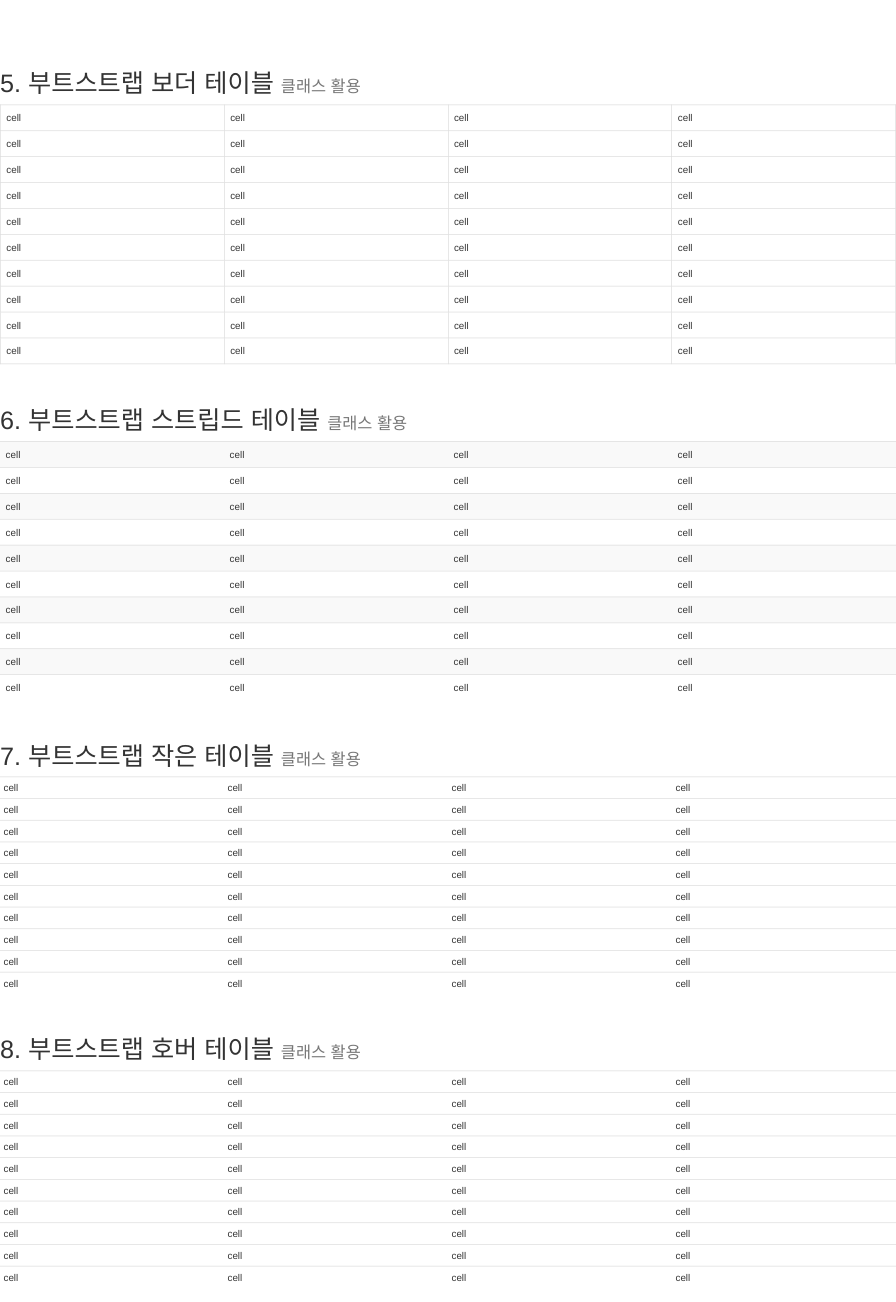
Repository: Umkimisstrong/UM_Webbb
Page: BootstrapApp/WebContent/BootEx02.html
The author's editor kept a copy of each file at every save. The page is drawn from the files as they stood at one save, then again after the next save.
The browser window is 1280 px wide. The pictures show the part of the page from y = 1715 to 3635 px (the page is 3575 px tall before and 3635 px after), at 70% of full size.

Above is the page before, as saved 2022-05-16 02:26:37.

### BootstrapApp/WebContent/BootEx02.html
<!DOCTYPE html>
<html>
<head>
<meta charset="UTF-8">
<title>BootEx02.html</title>

<link rel="stylesheet" type="text/css" href="css/bootstrap.css">
<script type="text/javascript" src="http://code.jquery.com/jquery.min.js"></script>
<script type="text/javascript" src="js/bootstrap.min.js"></script>

<style type="text/css">
	/* 테이블 기본 서식 */
	#table
	{
		width: 500px;
		border: 1px solid black;
		border-collapse: collapse;
	}
	#table td
	{
		border: 1px solid black;
	}




</style>
</head>

<body>



<h1>1. 기본 테이블 <small>기본</small></h1>
<table>
	<tr>
		<td>cell</td>
		<td>cell</td>
		<td>cell</td>
		<td>cell</td>
	</tr>
	<tr>
		<td>cell</td>
		<td>cell</td>
		<td>cell</td>
		<td>cell</td>
	</tr>
	<tr>
		<td>cell</td>
		<td>cell</td>
		<td>cell</td>
		<td>cell</td>
	</tr>
	<tr>
		<td>cell</td>
		<td>cell</td>
		<td>cell</td>
		<td>cell</td>
	</tr>
	<tr>
		<td>cell</td>
		<td>cell</td>
		<td>cell</td>
		<td>cell</td>
	</tr>
	<tr>
		<td>cell</td>
		<td>cell</td>
		<td>cell</td>
		<td>cell</td>
	</tr>
	<tr>
		<td>cell</td>
		<td>cell</td>
		<td>cell</td>
		<td>cell</td>
	</tr>
	<tr>
		<td>cell</td>
		<td>cell</td>
		<td>cell</td>
		<td>cell</td>
	</tr>
	<tr>
		<td>cell</td>
		<td>cell</td>
		<td>cell</td>
		<td>cell</td>
	</tr>
	<tr>
		<td>cell</td>
		<td>cell</td>
		<td>cell</td>
		<td>cell</td>
	</tr>
</table>

<br /><br />

<h1>2. 기본 테이블 <small>스타일 적용</small></h1>

<table id="table">
	<tr>
		<td>cell</td>
		<td>cell</td>
		<td>cell</td>
		<td>cell</td>
	</tr>
	<tr>
		<td>cell</td>
		<td>cell</td>
		<td>cell</td>
		<td>cell</td>
	</tr>
	<tr>
		<td>cell</td>
		<td>cell</td>
		<td>cell</td>
		<td>cell</td>
	</tr>
	<tr>
		<td>cell</td>
		<td>cell</td>
		<td>cell</td>
		<td>cell</td>
	</tr>
	<tr>
		<td>cell</td>
		<td>cell</td>
		<td>cell</td>
		<td>cell</td>
	</tr>
	<tr>
		<td>cell</td>
		<td>cell</td>
		<td>cell</td>
		<td>cell</td>
	</tr>
	<tr>
		<td>cell</td>
		<td>cell</td>
		<td>cell</td>
		<td>cell</td>
	</tr>
	<tr>
		<td>cell</td>
		<td>cell</td>
		<td>cell</td>
		<td>cell</td>
	</tr>
	<tr>
		<td>cell</td>
		<td>cell</td>
		<td>cell</td>
		<td>cell</td>
	</tr>
	<tr>
		<td>cell</td>
		<td>cell</td>
		<td>cell</td>
		<td>cell</td>
	</tr>
</table>

<br />
<br />
<br />

<h1>3. 부트스트랩 기본 테이블 <small>클래스 적용</small></h1>
<h2> - 부트스트랩은 기본적으로 클래스 선택자를 사용</h2>



<table class="table">
	<tr>
		<td>cell</td>
		<td>cell</td>
		<td>cell</td>
		<td>cell</td>
	</tr>
	<tr>
		<td>cell</td>
		<td>cell</td>
		<td>cell</td>
		<td>cell</td>
	</tr>
	<tr>
		<td>cell</td>
		<td>cell</td>
		<td>cell</td>
		<td>cell</td>
	</tr>
	<tr>
		<td>cell</td>
		<td>cell</td>
		<td>cell</td>
		<td>cell</td>
	</tr>
	<tr>
		<td>cell</td>
		<td>cell</td>
		<td>cell</td>
		<td>cell</td>
	</tr>
	<tr>
		<td>cell</td>
		<td>cell</td>
		<td>cell</td>
		<td>cell</td>
	</tr>
	<tr>
		<td>cell</td>
		<td>cell</td>
		<td>cell</td>
		<td>cell</td>
	</tr>
	<tr>
		<td>cell</td>
		<td>cell</td>
		<td>cell</td>
		<td>cell</td>
	</tr>
	<tr>
		<td>cell</td>
		<td>cell</td>
		<td>cell</td>
		<td>cell</td>
	</tr>
	<tr>
		<td>cell</td>
		<td>cell</td>
		<td>cell</td>
		<td>cell</td>
	</tr>
</table>







<br />
<br />
<br />

<h1>4. 부트스트랩 기본 테이블 <small>클래스 적용 및 크기 설정</small></h1>
<h2> - 부트스트랩은 기본적으로 클래스 선택자를 사용</h2>



<table class="table" style="width: 500px;">
	<tr>
		<td>cell</td>
		<td>cell</td>
		<td>cell</td>
		<td>cell</td>
	</tr>
	<tr>
		<td>cell</td>
		<td>cell</td>
		<td>cell</td>
		<td>cell</td>
	</tr>
	<tr>
		<td>cell</td>
		<td>cell</td>
		<td>cell</td>
		<td>cell</td>
	</tr>
	<tr>
		<td>cell</td>
		<td>cell</td>
		<td>cell</td>
		<td>cell</td>
	</tr>
	<tr>
		<td>cell</td>
		<td>cell</td>
		<td>cell</td>
		<td>cell</td>
	</tr>
	<tr>
		<td>cell</td>
		<td>cell</td>
		<td>cell</td>
		<td>cell</td>
	</tr>
	<tr>
		<td>cell</td>
		<td>cell</td>
		<td>cell</td>
		<td>cell</td>
	</tr>
	<tr>
		<td>cell</td>
		<td>cell</td>
		<td>cell</td>
		<td>cell</td>
	</tr>
	<tr>
		<td>cell</td>
		<td>cell</td>
		<td>cell</td>
		<td>cell</td>
	</tr>
	<tr>
		<td>cell</td>
		<td>cell</td>
		<td>cell</td>
		<td>cell</td>
	</tr>
</table>



<br />
<br />
<br />

<h1>5. 부트스트랩 보더 테이블 <small>클래스 활용</small></h1>
<table class="table table-bordered">
	<tr>
		<td>cell</td>
		<td>cell</td>
		<td>cell</td>
		<td>cell</td>
	</tr>
	<tr>
		<td>cell</td>
		<td>cell</td>
		<td>cell</td>
		<td>cell</td>
	</tr>
	<tr>
		<td>cell</td>
		<td>cell</td>
		<td>cell</td>
		<td>cell</td>
	</tr>
	<tr>
		<td>cell</td>
		<td>cell</td>
		<td>cell</td>
		<td>cell</td>
	</tr>
	<tr>
		<td>cell</td>
		<td>cell</td>
		<td>cell</td>
		<td>cell</td>
	</tr>
	<tr>
		<td>cell</td>
		<td>cell</td>
		<td>cell</td>
		<td>cell</td>
	</tr>
	<tr>
		<td>cell</td>
		<td>cell</td>
		<td>cell</td>
		<td>cell</td>
	</tr>
	<tr>
		<td>cell</td>
		<td>cell</td>
		<td>cell</td>
		<td>cell</td>
	</tr>
	<tr>
		<td>cell</td>
		<td>cell</td>
		<td>cell</td>
		<td>cell</td>
	</tr>
	<tr>
		<td>cell</td>
		<td>cell</td>
		<td>cell</td>
		<td>cell</td>
	</tr>
</table>

<br />

<h1>6. 부트스트랩 스트립드 테이블 <small>클래스 활용</small></h1>
<table class="table table-striped">
	<tr>
		<td>cell</td>
		<td>cell</td>
		<td>cell</td>
		<td>cell</td>
	</tr>
	<tr>
		<td>cell</td>
		<td>cell</td>
		<td>cell</td>
		<td>cell</td>
	</tr>
	<tr>
		<td>cell</td>
		<td>cell</td>
		<td>cell</td>
		<td>cell</td>
	</tr>
	<tr>
		<td>cell</td>
		<td>cell</td>
		<td>cell</td>
		<td>cell</td>
	</tr>
	<tr>
		<td>cell</td>
		<td>cell</td>
		<td>cell</td>
		<td>cell</td>
	</tr>
	<tr>
		<td>cell</td>
		<td>cell</td>
		<td>cell</td>
		<td>cell</td>
	</tr>
	<tr>
		<td>cell</td>
		<td>cell</td>
		<td>cell</td>
		<td>cell</td>
	</tr>
	<tr>
		<td>cell</td>
		<td>cell</td>
		<td>cell</td>
		<td>cell</td>
	</tr>
	<tr>
		<td>cell</td>
		<td>cell</td>
		<td>cell</td>
		<td>cell</td>
	</tr>
	<tr>
		<td>cell</td>
		<td>cell</td>
		<td>cell</td>
		<td>cell</td>
	</tr>
</table>



<br />

<h1>7. 부트스트랩 작은 테이블 <small>클래스 활용</small></h1>
<table class="table table-condensed">
	<tr>
		<td>cell</td>
		<td>cell</td>
		<td>cell</td>
		<td>cell</td>
	</tr>
	<tr>
		<td>cell</td>
		<td>cell</td>
		<td>cell</td>
		<td>cell</td>
	</tr>
	<tr>
		<td>cell</td>
		<td>cell</td>
		<td>cell</td>
		<td>cell</td>
	</tr>
	<tr>
		<td>cell</td>
		<td>cell</td>
		<td>cell</td>
		<td>cell</td>
	</tr>
	<tr>
		<td>cell</td>
		<td>cell</td>
		<td>cell</td>
		<td>cell</td>
	</tr>
	<tr>
		<td>cell</td>
		<td>cell</td>
		<td>cell</td>
		<td>cell</td>
	</tr>
	<tr>
		<td>cell</td>
		<td>cell</td>
		<td>cell</td>
		<td>cell</td>
	</tr>
	<tr>
		<td>cell</td>
		<td>cell</td>
		<td>cell</td>
		<td>cell</td>
	</tr>
	<tr>
		<td>cell</td>
		<td>cell</td>
		<td>cell</td>
		<td>cell</td>
	</tr>
	<tr>
		<td>cell</td>
		<td>cell</td>
		<td>cell</td>
		<td>cell</td>
	</tr>
</table>





<br />

<h1>8. 부트스트랩 호버 테이블 <small>클래스 활용</small></h1>
<table class="table table-condensed">
	<tr>
		<td>cell</td>
		<td>cell</td>
		<td>cell</td>
		<td>cell</td>
	</tr>
	<tr>
		<td>cell</td>
		<td>cell</td>
		<td>cell</td>
		<td>cell</td>
	</tr>
	<tr>
		<td>cell</td>
		<td>cell</td>
		<td>cell</td>
		<td>cell</td>
	</tr>
	<tr>
		<td>cell</td>
		<td>cell</td>
		<td>cell</td>
		<td>cell</td>
	</tr>
	<tr>
		<td>cell</td>
		<td>cell</td>
		<td>cell</td>
		<td>cell</td>
	</tr>
	<tr>
		<td>cell</td>
		<td>cell</td>
		<td>cell</td>
		<td>cell</td>
	</tr>
	<tr>
		<td>cell</td>
		<td>cell</td>
		<td>cell</td>
		<td>cell</td>
	</tr>
	<tr>
		<td>cell</td>
		<td>cell</td>
		<td>cell</td>
		<td>cell</td>
	</tr>
	<tr>
		<td>cell</td>
		<td>cell</td>
		<td>cell</td>
		<td>cell</td>
	</tr>
	<tr>
		<td>cell</td>
		<td>cell</td>
		<td>cell</td>
		<td>cell</td>
	</tr>
</table>






















</body>
</html>

Loaded but not shown: BootstrapApp/WebContent/css/bootstrap.css (library); BootstrapApp/WebContent/js/bootstrap.min.js (library)

After the next save:
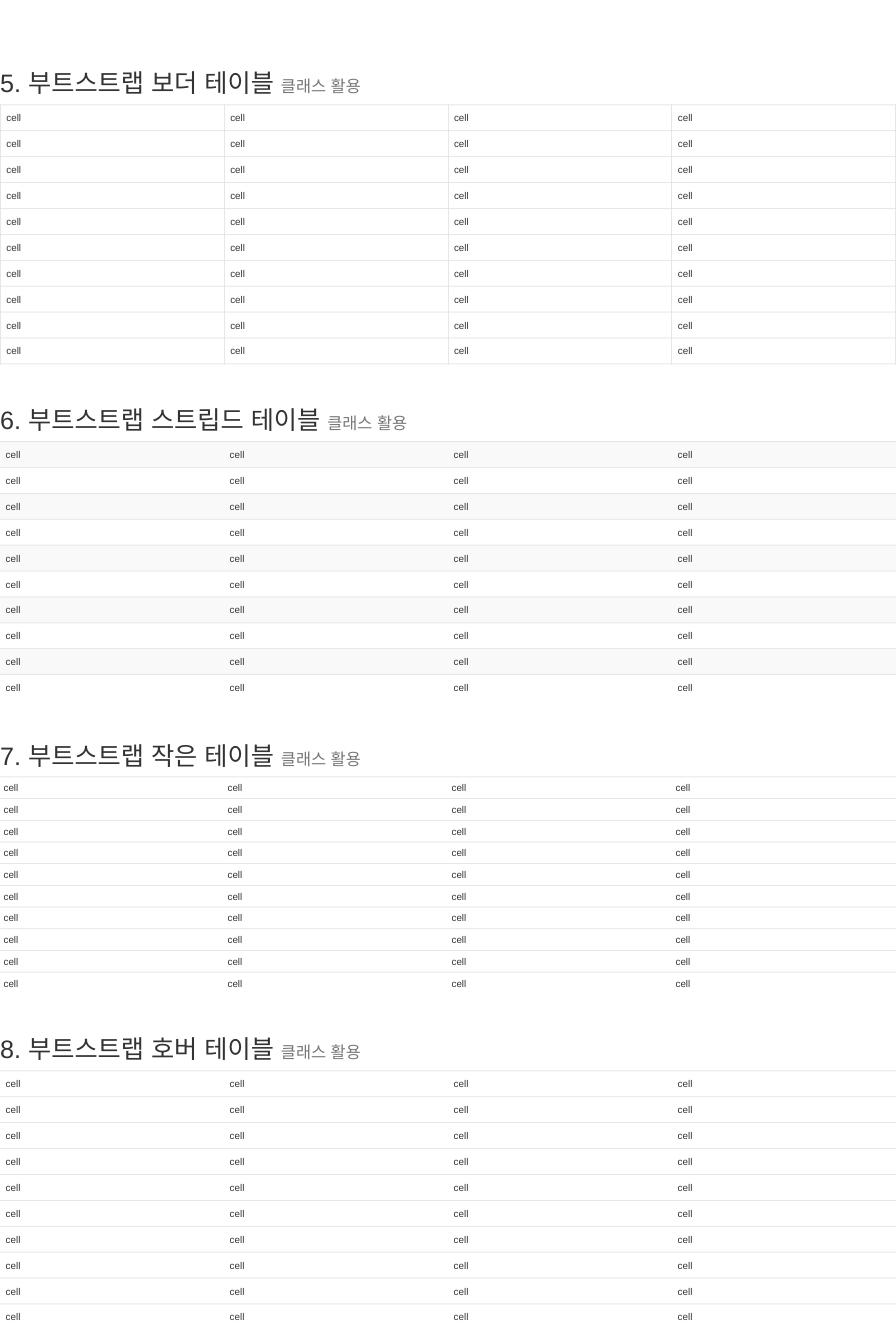
Saved 4 s later.
--- a/BootstrapApp/WebContent/BootEx02.html
+++ b/BootstrapApp/WebContent/BootEx02.html
@@ -523,7 +523,7 @@
 <br />
 
 <h1>8. 부트스트랩 호버 테이블 <small>클래스 활용</small></h1>
-<table class="table table-condensed">
+<table class="table table-hover">
 	<tr>
 		<td>cell</td>
 		<td>cell</td>
